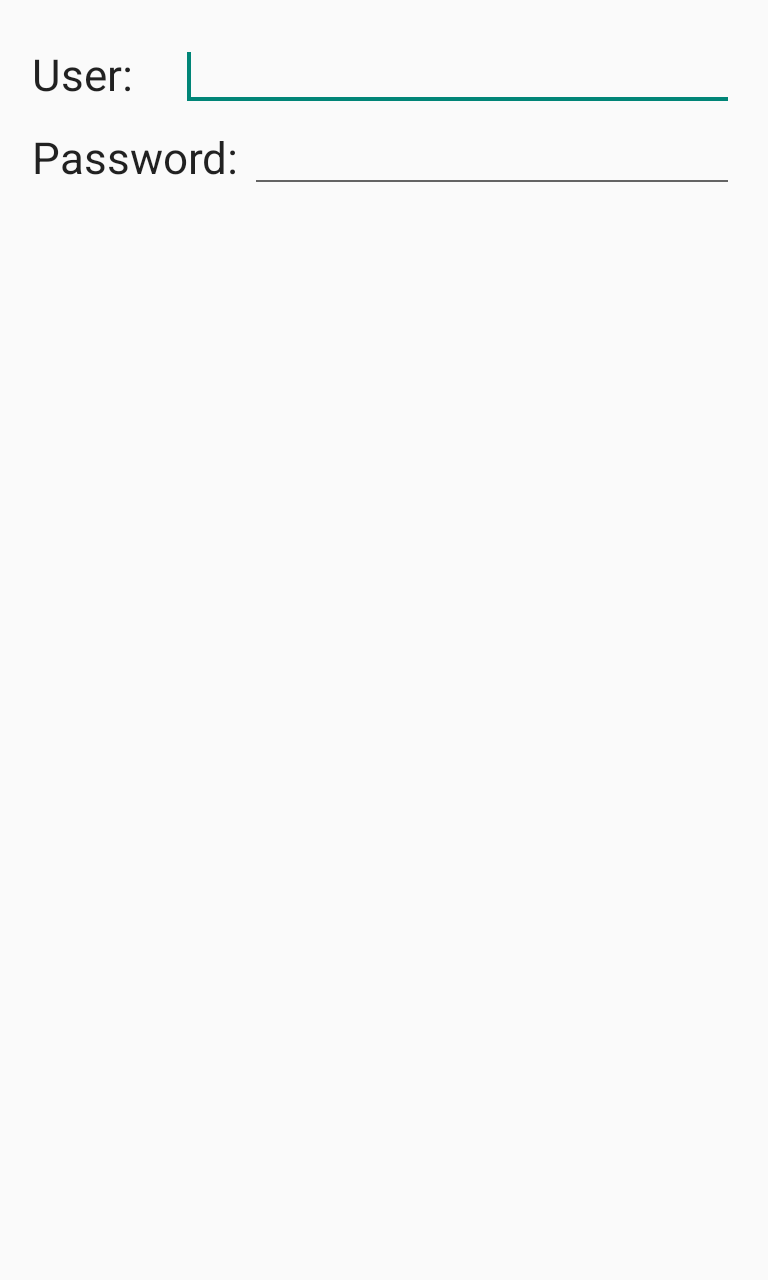
Repository: Y-GO/YGO_Parking_Project_Client
Layout: Ygo_Parking_Project/res/layout/activity_login.xml
The author's editor kept a copy of each file at every save. The layout is drawn from the files as they stood at one save, then again after the next save.
It is drawn on a 768 x 1280 px phone screen (xhdpi) without system bars, with theme AppTheme; the app's code is not run.

Above is the layout before, as saved 2014-07-27 17:18:04.

### Ygo_Parking_Project/res/layout/activity_login.xml
<RelativeLayout xmlns:android="http://schemas.android.com/apk/res/android"
    xmlns:tools="http://schemas.android.com/tools"
    android:layout_width="fill_parent"
    android:layout_height="fill_parent"
    android:paddingBottom="@dimen/activity_vertical_margin"
    android:paddingLeft="@dimen/activity_horizontal_margin"
    android:paddingRight="@dimen/activity_horizontal_margin"
    android:paddingTop="@dimen/activity_vertical_margin"
    tools:context="com.ygo.ygo_parking_project.MainActivity" >

    <LinearLayout
        android:layout_width="fill_parent"
        android:layout_height="fill_parent"
        android:orientation="vertical" >

        <LinearLayout
            android:layout_width="match_parent"
            android:layout_height="wrap_content"
            android:layout_gravity="center"
            android:orientation="vertical" >

            <LinearLayout
                android:layout_width="match_parent"
                android:layout_height="wrap_content" >

                <TextView
                    android:id="@+id/textView1"
                    android:layout_width="wrap_content"
                    android:layout_height="wrap_content"
                    android:layout_weight="0.25"
                    android:text="User:"
                    android:textAppearance="?android:attr/textAppearanceLarge" />

                <EditText
                    android:id="@+id/editText1"
                    android:layout_width="wrap_content"
                    android:layout_height="wrap_content"
                    android:layout_weight="0.74"
                    android:ems="10" >

                    <requestFocus />
                </EditText>

            </LinearLayout>

        </LinearLayout>

        <LinearLayout
            android:layout_width="match_parent"
            android:layout_height="wrap_content"
            android:layout_gravity="center"
            android:orientation="vertical" >

            <LinearLayout
                android:layout_width="match_parent"
                android:layout_height="wrap_content" >

                <TextView
                    android:id="@+id/textView2"
                    android:layout_width="wrap_content"
                    android:layout_height="wrap_content"
                    android:layout_weight="0.1"
                    android:text="Password:"
                    android:textAppearance="?android:attr/textAppearanceLarge" />

                <EditText
                    android:id="@+id/editText2"
                    android:layout_width="wrap_content"
                    android:layout_height="wrap_content"
                    android:layout_weight="0.74"
                    android:ems="10"
                    android:inputType="textPassword" />

            </LinearLayout>

        </LinearLayout>

    </LinearLayout>

</RelativeLayout>

Loaded but not shown: Ygo_Parking_Project/res/values/styles.xml (common file); Ygo_Parking_Project/res/values-v11/styles.xml (common file); Ygo_Parking_Project/res/values-v14/styles.xml (common file); Ygo_Parking_Project/res/values/dimens.xml (common file); Ygo_Parking_Project/res/values-w820dp/dimens.xml (common file)

After the next save:
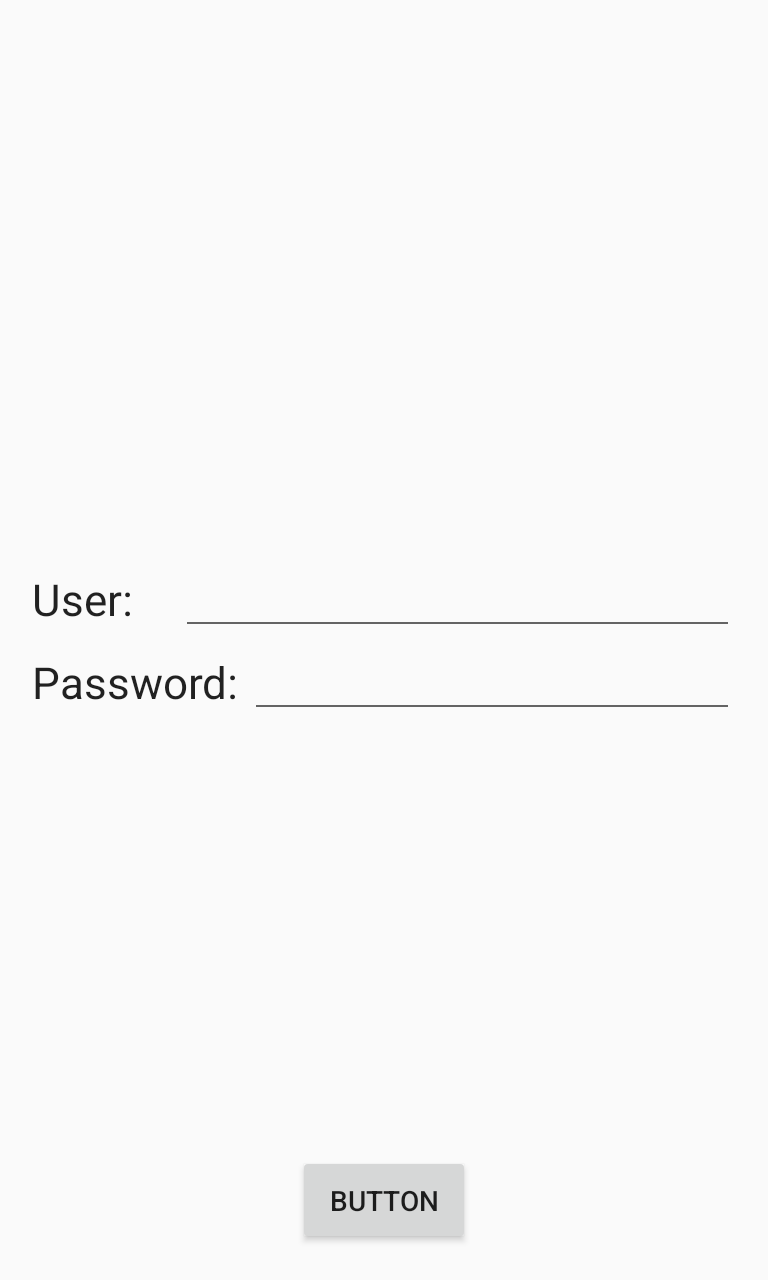
Saved 22 min 46 s later.
--- a/Ygo_Parking_Project/res/layout/activity_login.xml
+++ b/Ygo_Parking_Project/res/layout/activity_login.xml
@@ -10,7 +10,8 @@
 
     <LinearLayout
         android:layout_width="fill_parent"
-        android:layout_height="fill_parent"
+        android:layout_height="wrap_content"
+        android:layout_centerInParent="true"
         android:orientation="vertical" >
 
         <LinearLayout
@@ -36,13 +37,8 @@
                     android:layout_width="wrap_content"
                     android:layout_height="wrap_content"
                     android:layout_weight="0.74"
-                    android:ems="10" >
-
-                    <requestFocus />
-                </EditText>
-
+                    android:ems="10" />
             </LinearLayout>
-
         </LinearLayout>
 
         <LinearLayout
@@ -70,11 +66,17 @@
                     android:layout_weight="0.74"
                     android:ems="10"
                     android:inputType="textPassword" />
-
             </LinearLayout>
-
         </LinearLayout>
-
     </LinearLayout>
 
+    <Button
+        android:id="@+id/button1"
+        android:layout_width="wrap_content"
+        android:layout_height="wrap_content"
+        android:layout_alignParentBottom="true"
+        android:layout_alignWithParentIfMissing="false"
+        android:layout_centerHorizontal="true"
+        android:text="Button" />
+
 </RelativeLayout>
